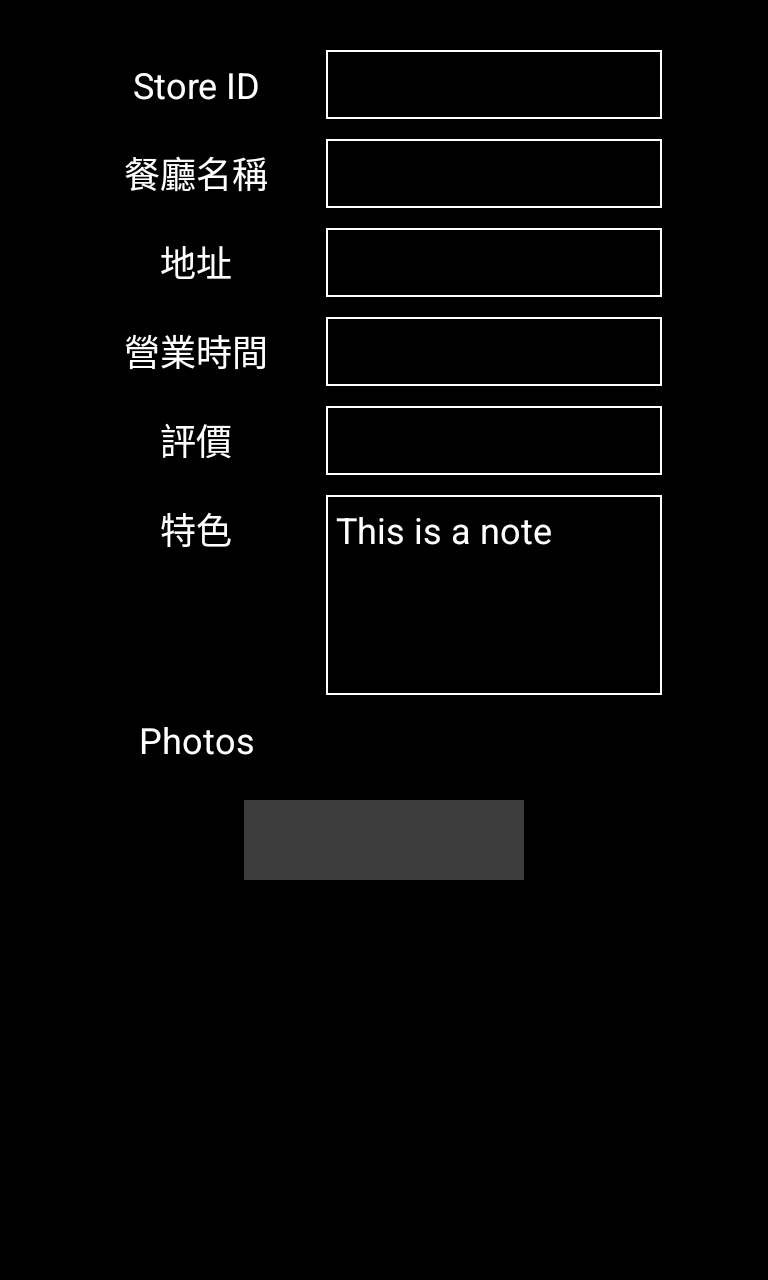
Repository: cnevinc/togather
Layout: GeorgeMe/res/layout/act_invatation.xml
An editor plug-in stored every save of this project. The layout is shown before and after the next save, followed by the edit.
Pictures or frames that could not be fetched are drawn as grey boxes. It is drawn on a 768 x 1280 px phone screen (xhdpi) without system bars, with theme android:Theme.Holo; the app's code is not run.

Above is the layout before, as saved 2014-07-27 00:53:26.

After the next save:
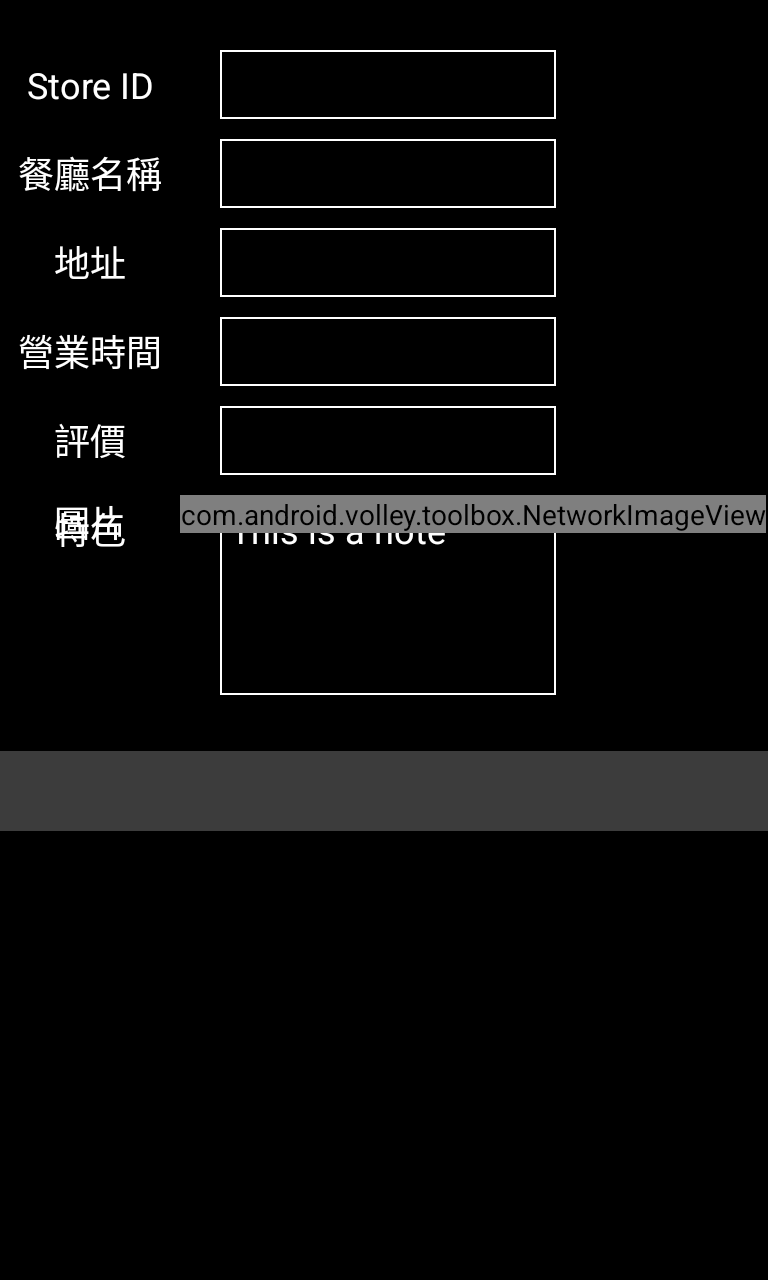
Saved 2 min 14 s later.
--- a/GeorgeMe/res/layout/act_invatation.xml
+++ b/GeorgeMe/res/layout/act_invatation.xml
@@ -4,7 +4,6 @@
     android:layout_height="match_parent"
     android:background="#000000"
     android:orientation="vertical" >
-
 
     <ScrollView
         android:layout_width="fill_parent"
@@ -190,6 +189,30 @@
                 </LinearLayout>
 
                 <LinearLayout
+                    android:layout_width="wrap_content"
+                    android:layout_height="wrap_content"
+                    android:layout_below="@id/lin_l5"
+                    android:layout_marginTop="10dp"
+                    android:orientation="horizontal" >
+
+                    <TextView
+                        android:layout_width="90dp"
+                        android:layout_height="wrap_content"
+                        android:gravity="center"
+                        android:text="圖片"
+                        android:textAppearance="?android:attr/textAppearanceMedium"
+                        android:textColor="#ffffff" />
+
+                    <com.android.volley.toolbox.NetworkImageView
+                        xmlns:app="http://schemas.android.com/apk/res-auto"
+                        android:id="@+id/thumbail"
+                        android:layout_width="wrap_content"
+                        android:layout_height="wrap_content"
+                        android:layout_centerVertical="true"
+                        android:background="@drawable/ic_launcher" />
+                </LinearLayout>
+
+                <LinearLayout
                     android:id="@+id/lin_l7"
                     android:layout_width="wrap_content"
                     android:layout_height="wrap_content"
@@ -197,27 +220,42 @@
                     android:layout_marginTop="10dp"
                     android:orientation="horizontal" >
 
-                    <TextView
-                        android:layout_width="90dp"
-                        android:layout_height="wrap_content"
-                        android:gravity="center"
-                        android:text="Photos"
-                        android:textAppearance="?android:attr/textAppearanceMedium"
-                        android:textColor="#ffffff" />
-
-                </LinearLayout>
-
-                <Button
-                    android:id="@+id/btn_continue"
-                    android:layout_width="140dp"
-                    android:layout_height="40dp"
-                    android:layout_below="@+id/lin_l7"
-                    android:layout_centerInParent="true"
-                    android:layout_marginTop="18dp"
-                    android:layout_marginBottom="20dp"
-                    android:background="#3c3c3c"
-                    android:textAppearance="?android:attr/textAppearanceMedium"
-                    android:textColor="#ffffff" />
+                    <Button
+                        android:id="@+id/btn_continue"
+                        android:layout_width="140dp"
+                        android:layout_height="40dp"
+                        android:layout_below="@+id/lin_l7"
+                        android:layout_centerInParent="true"
+                        android:layout_marginBottom="20dp"
+                        android:layout_marginTop="18dp"
+                        android:background="#3c3c3c"
+                        android:textAppearance="?android:attr/textAppearanceMedium"
+                        android:textColor="#ffffff" />
+
+                    <Button
+                        android:id="@+id/btn_continue"
+                        android:layout_width="140dp"
+                        android:layout_height="40dp"
+                        android:layout_below="@+id/lin_l7"
+                        android:layout_centerInParent="true"
+                        android:layout_marginBottom="20dp"
+                        android:layout_marginTop="18dp"
+                        android:background="#3c3c3c"
+                        android:textAppearance="?android:attr/textAppearanceMedium"
+                        android:textColor="#ffffff" />
+
+                    <Button
+                        android:id="@+id/btn_continue"
+                        android:layout_width="140dp"
+                        android:layout_height="40dp"
+                        android:layout_below="@+id/lin_l7"
+                        android:layout_centerInParent="true"
+                        android:layout_marginBottom="20dp"
+                        android:layout_marginTop="18dp"
+                        android:background="#3c3c3c"
+                        android:textAppearance="?android:attr/textAppearanceMedium"
+                        android:textColor="#ffffff" />
+                </LinearLayout>
             </RelativeLayout>
         </RelativeLayout>
     </ScrollView>
